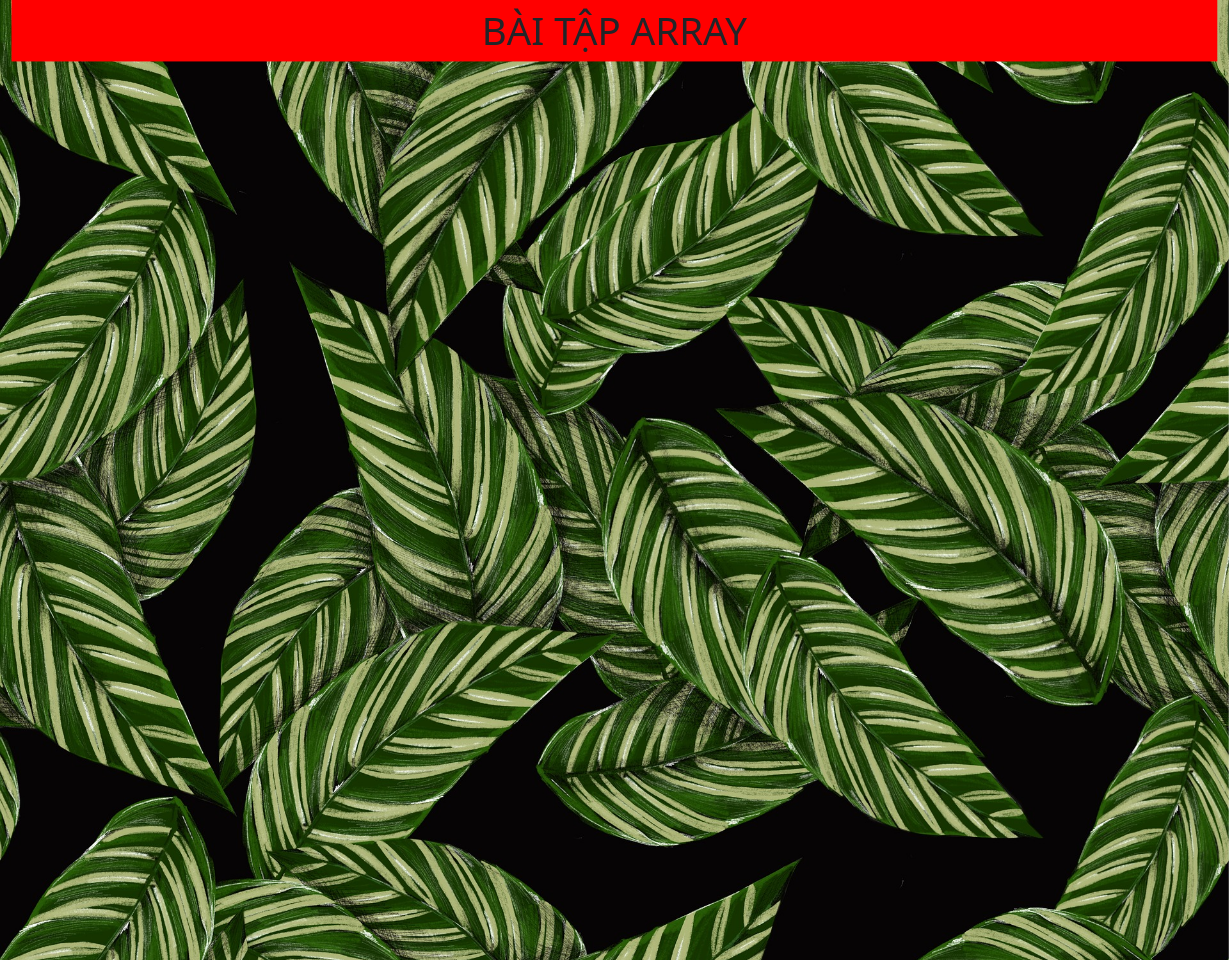
Repository: hcozyph/TranHuuPhuoc_BC43_BT_JS_Buoi7_8_ARRAY
Page: index.html
These files come from the project's save history. The page is drawn as it stood at one moment and after the next save; the edit follows.
The browser window is 1280 px wide. The pictures show the whole page, at 96% of full size.

Above is the page before, as saved 2023-02-20 21:20:08.

### index.html
<!DOCTYPE html>
<html lang="en">
    <head>
        <title>BT Array</title>
        <!-- Required meta tags -->
        <meta charset="utf-8" />
        <meta
            name="viewport"
            content="width=device-width, initial-scale=1, shrink-to-fit=no"
        />

        <!-- Bootstrap CSS v5.2.1 -->
        <link
            href="https://cdn.jsdelivr.net/npm/bootstrap@5.2.1/dist/css/bootstrap.min.css"
            rel="stylesheet"
            integrity="sha384-iYQeCzEYFbKjA/T2uDLTpkwGzCiq6soy8tYaI1GyVh/UjpbCx/TYkiZhlZB6+fzT"
            crossorigin="anonymous"
        />

        <!-- index.css -->
        <link rel="stylesheet" href="./css/index.css" />
    </head>

    <body>
        <div class="container">
            <div class="bt-array-title">
                <h1 class="text-center py-2">BÀI TẬP ARRAY</h1>
            </div>

            <div class="bt-array-content">
                <div class="bt1"></div>
            </div>
        </div>

        <!-- Bootstrap JavaScript Libraries -->
        <script
            src="https://cdn.jsdelivr.net/npm/@popperjs/core@2.11.6/dist/umd/popper.min.js"
            integrity="sha384-oBqDVmMz9ATKxIep9tiCxS/Z9fNfEXiDAYTujMAeBAsjFuCZSmKbSSUnQlmh/jp3"
            crossorigin="anonymous"
        ></script>

        <script
            src="https://cdn.jsdelivr.net/npm/bootstrap@5.2.1/dist/js/bootstrap.min.js"
            integrity="sha384-7VPbUDkoPSGFnVtYi0QogXtr74QeVeeIs99Qfg5YCF+TidwNdjvaKZX19NZ/e6oz"
            crossorigin="anonymous"
        ></script>

        <!-- method.js -->
        <link rel="stylesheet" href="./js/method.js" />

        <!-- index.js -->
        <script src="./js/index.js"></script>
    </body>
</html>

### css/index.css
* {
    margin: 0;
    padding: 0;
    box-sizing: border-box;
}

.container {
    margin: 0 auto;
    max-width: 1440px;

    background-image: url(../img/2.jpg);
    background-size: cover;
    background-position: center;
    background-repeat: no-repeat;

    height: 1000px;
}

.bt-array-title {
    font-size: 40px;
    font-weight: 700;
    background-color: red;
}

/* .bt-array-content {
} */

Loaded but not shown: js/index.js (no copy from this time; the picture is the same without it); js/method.js (no stored copy; drawn as an empty file)

After the next save:
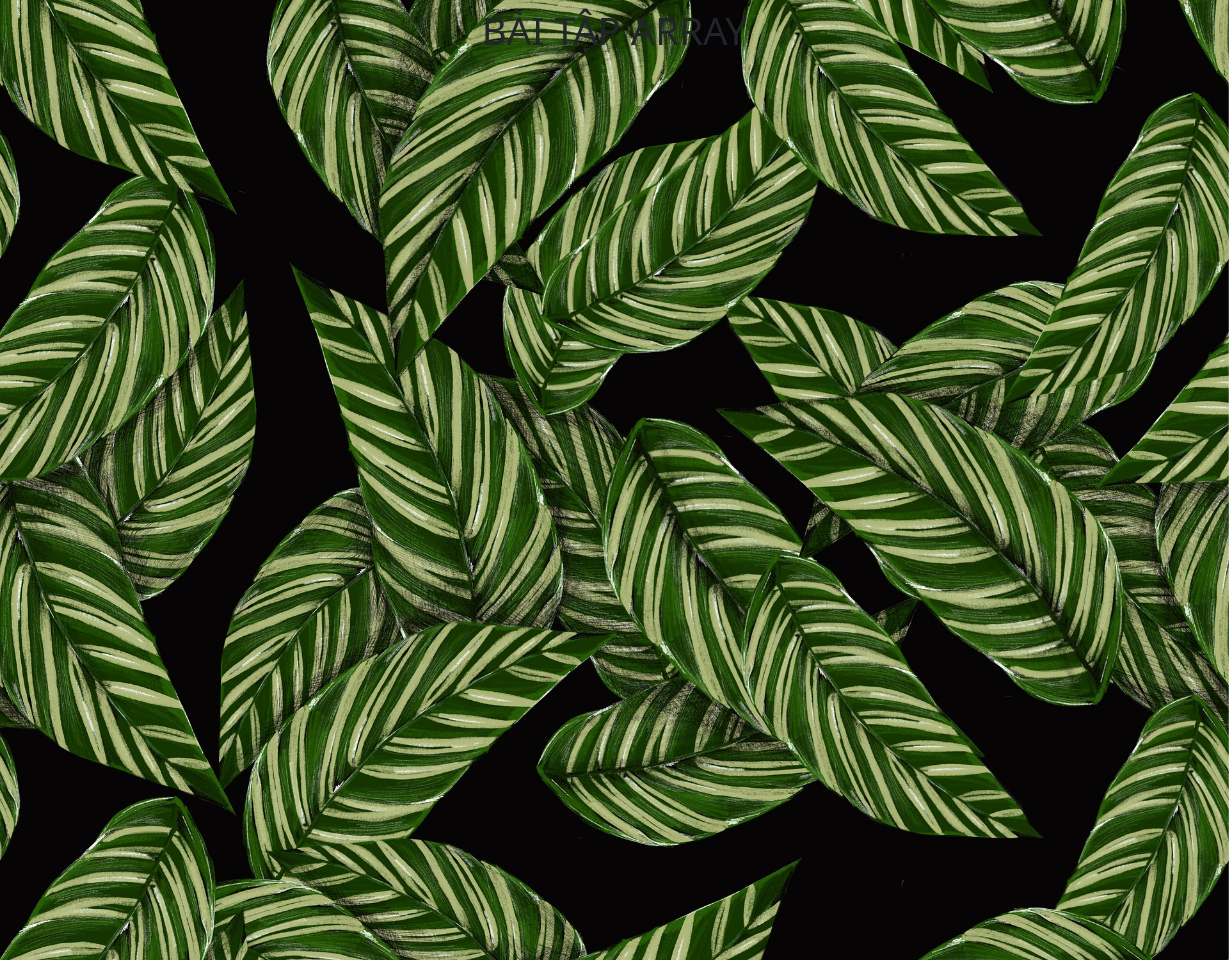
Saved 43 s later.
--- a/css/index.css
+++ b/css/index.css
@@ -19,7 +19,7 @@
 .bt-array-title {
     font-size: 40px;
     font-weight: 700;
-    background-color: red;
+    background-color: transparent;
 }
 
 /* .bt-array-content {
